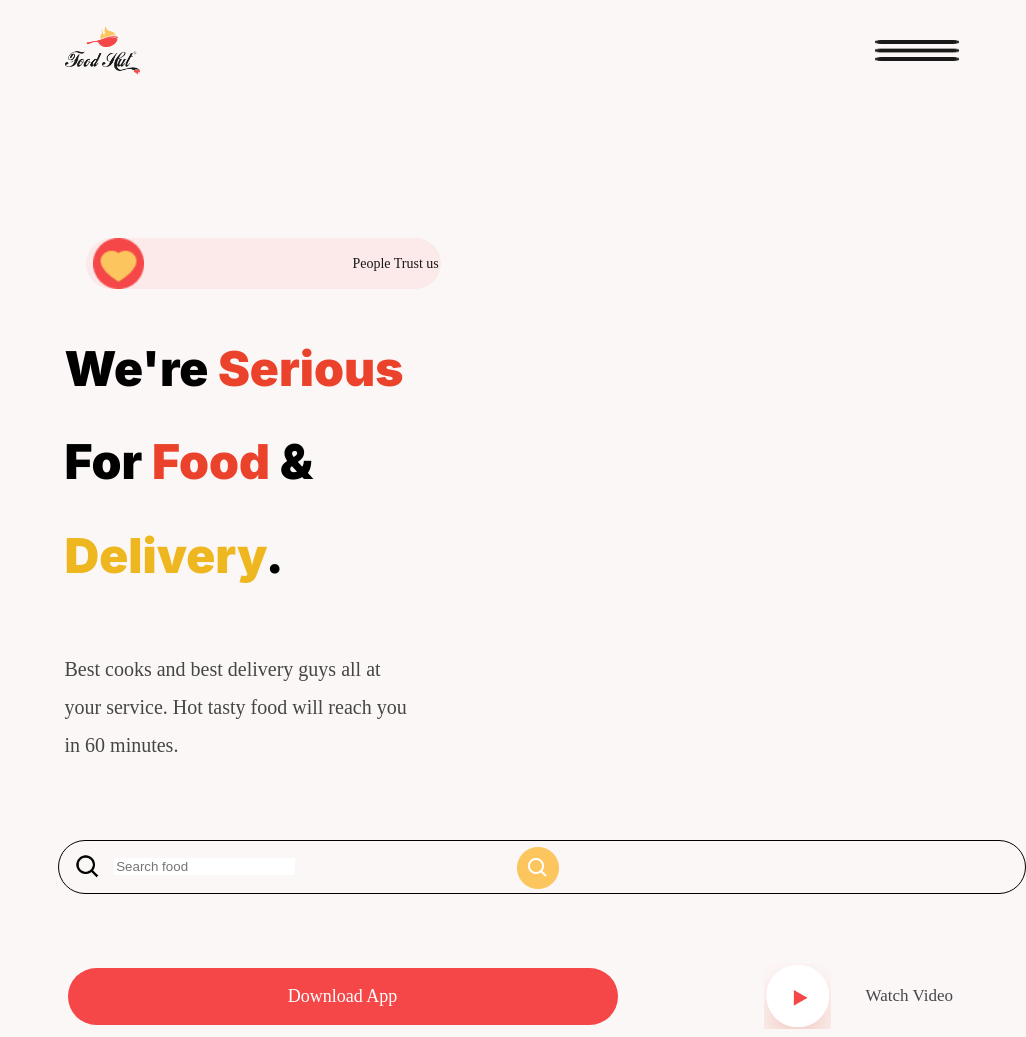
Repository: ReyhanehRahmani/Food-Hut
Page: FoodHut.html
An editor plug-in stored every save of this project. The page is shown before and after the next save, followed by the edit.
The browser window is 1024 px wide. The page is 1026 px wide, so the pictures cover 1026 px, including what lies to the right of the window. The pictures show the whole page.
Some web fonts or font styles are not loaded; a fallback is used.

Above is the page before, as saved 2025-05-29 00:15:50.

### FoodHut.html
<!DOCTYPE html>

<html lang="en">

    <head>

    <meta name="viewport" content="width=device-width, initial-scale=1.0" />

        <title>Food Hut</title>

        <link rel="icon" type="image/jpg" href="favicon.png">

        <link rel="preconnect" href="https://fonts.googleapis.com">

        <link rel="stylesheet" href="FoodHut.css">

        <link rel="preconnect" href="https://fonts.googleapis.com">

        <link rel="preconnect" href="https://fonts.gstatic.com" crossorigin>

        <link href="https://fonts.googleapis.com/css2?family=Inter:ital,opsz,wght@0,14..32,100..900;1,14..32,100..900&display=swap" rel="stylesheet">

        <link rel="preconnect" href="https://fonts.googleapis.com">

        <link rel="preconnect" href="https://fonts.gstatic.com" crossorigin>

        <link href="https://fonts.googleapis.com/css2?family=Sofia+Sans:ital,wght@0,1..1000;1,1..1000&display=swap" rel="stylesheet">

    </head>

    <body>

        <div id="part1">

        <div class="headh">
            <img src="favicon.png" alt="Food Hut logo" class="FoodHutLogo">

            <div class="navlaptop">
                    <p class="mm">Today special offers</p>
                    <p class="mm">Why FoodHut</p>
                    <p class="mm">Our Menu</p>
                    <p class="mm">Our Popular food</p>

            </div>
            <div class="downloadbt"><p>Download App</p></div>
            <img src="slider.png" id="slider">
        </div>



        <div class="maincontainer">
            <div class="container1">

                <div id="HeartBox">
                    <img id="Heart" src="ghalb.png" style="margin-left: 3px;" >
                    <p id="trust">People Trust us</p>
                </div>

                <p id="BigBox1">
                    We're <spsn style="color: rgb(235, 66, 44);">Serious</spsn> <br> For <span style="color: rgb(235, 66, 44);">Food</span> & <br><span style="color: rgb(238, 183, 32);">Delivery</span>.
                </p>
                <p id="BigBox1laptop">
                    We're <spsn style="color: rgb(235, 66, 44);">Serious</spsn>  For <br><span style="color: rgb(235, 66, 44);">Food</span> & <span style="color: rgb(238, 183, 32);">Delivery</span>.
                </p>

                <p id="text1">
                    Best cooks and best delivery guys all at <br>your service. Hot tasty food will reach you<br>in 60 minutes.
                </p>
                <p id="text1laptop">
                    Best cooks and best delivery guys all at your <br>service. Hot tasty food will reach you in 60<br>minutes.
                </p>
                <div class="searchbox">
                    <img src="zarebin2.png" id="zarebin2">
                    <input class="inin" type="text" minlength="3" maxlength="30" placeholder="Search food"></input>
                    <button class="butbut"><img src="zarebin.png" id="zarebin"></button>
                </div>


                <div id="PlayBox">
                    <div id="download"><p>Download App</p></div>
                    <div id="bori1">
                    <img src="playb.png" id="PlayButton">
                    <p id="Watch">Watch Video</p>
                    </div>
                </div>

            </div>
            <img src="pic1.png" id="pic1laptop">

        </div>

    </div>




    </body>

</html>

### FoodHut.css
/*font family - font size - align items like heart*/

@media screen and (max-width: 1279px){



body {
    background-color: #fcf7f7;

}

#part1{
}

.headh{
    display: flex;
    justify-content: space-between;
    height: 6.739130435vh;
    align-items: center;
    margin-top: 2.608695652%;
}


.FoodHutLogo{
    margin-left: 5.607476636%;
    height: 100%;
}

#slider{
    width: 8.411214953%;
    height: 43.548387097%;
    margin-right: 5.607476636%;
}

/*#NavbarSlider{
    margin-top: 41px;
    margin-right: 5.6vw;
    float: right;
    position: fixed;
    border: 2px solid red;
}

.slider{
    width: 36px;
    height: 5px;
    border-radius: 17px;
    display: flex;
    justify-content: space-between;
    flex-direction: column;
    gap: 6px;
    background: rgba(25, 25, 25, 1);
    margin-right: 24px;

}*/



#HeartBox{
    display: flex;
    justify-content: space-between;
    gap: 1.438848921%;
    width: 35.226415094%;
    height: 4.261796043%;
    align-items: center;
    border-radius: 100px;
    white-space: nowrap;
    background-color: #fce9e9;
    margin-top: 16.228070175%;
    margin-left: 7.710280374%;
}

#trust{
    font-weight: 400;
    font-size: 0.875rem;
    line-height: 100%;
    letter-spacing: 0%;
    /*align-items: center;
    justify-content: center;*/
    color: rgba(25, 25, 25, 1);
    margin-right: 2px;

}

#Heart{
    position: static;
    width: 14.288489209%;
    height: 71.428571429%;
    padding-left: 1.168224299%;
    align-self: center;
}

#BigBox1{
    width: 88.785046729%;
    height: 21.058315335%;
    align-content: center;
    margin-top: 3.225806452%;
    margin-left: 5.607476636%;
    font-weight: 900;
    font-size: 3rem;
    line-height: 195%;
    letter-spacing: 0%;
    font-family: "Inter";
}

/*#Box1Paragragh{
    font-weight: 900;
    font-size: 48px;
    line-height: 195%;
    letter-spacing: 0%;
}*/

#text1{
    width: 88.551401869%;
    height: 8.804347826%;
    margin-top: 4.347826087%;
    margin-left: 5.607476636%;
    opacity: 0.8;
    font-family: "Sofia Sans";
    font-weight: 400;
    font-size: 1.25rem;
    line-height: 190%;
    letter-spacing: -1%;
    color: #191919;
    white-space: nowrap;

}

#text1laptop{
    display: none;
}

.searchbox{
    border: solid;
    display: flex;
    border-width: 0.5px;
    border-radius: 100px;
    align-items: center;
    height: 8.709677419%;
    margin-top: 4.35483871;
    width: 95.785046729%;
    margin-left: 4.979253112%;
    margin-top: 7.476635514%;

}

.searchbox .inin{
    border: 0px;
    margin-left: 12px;

}

.searchbox .butbut{
    border: 0px;
    background-color: rgba(127, 255, 212, 0);
    margin-left: 22.324840764%;
}

#zarebin{
    height: 42px;
    padding-top: 5px;

}

#zarebin2{
    width: 28px;
    height: 28px;
    margin-left: 15px;

}

#PlayBox{
    display: flex;
    height: 5.652173913%;
    margin-top: 6.838709677%;
    justify-content: space-between;
    gap: 8.244680851%;
    align-items: center;
    width: 87.85046729%;
    margin-left: 5.907476636%;

}

#download{
    width: 65.085106383%;
    border-radius: 100px;
    background-color: #F54748;
    font-family: "Sofia Sans";
    text-align: center;
    margin-top: 1px;
    color: #FFFFFF;
    font-weight: 900px;
    font-size: 18px;
    letter-spacing: 0px;
    text-transform: capitalize;

}

#bori1{
    display: flex;
    margin-left: 8.244680851%;
    height: 100%;
    justify-content: space-between;
    gap: 11.475409836%;
    align-items: center;
}

#Watch{
    font-family: "Sofia Sans";
    font-weight: 300;
    font-size: 17px;
    line-height: 100%;
    letter-spacing: 0%;
    color: #44464b;
    white-space: nowrap;

}

#PlayButton{
    height: 100%;
    width: 35.415300546%;

}

.navlaptop{
    display: none;
}

.downloadbt{
    display: none;
}

#BigBox1laptop{
    display: none;
}

#pic1laptop{
    display: none;
}

}


@media screen and (min-width: 1280px){

body{
    position: relative;
}

.headh{
    display: flex;
    position: relative;
    align-items: center;
    margin-top: 2.46343341%;
}

.headh .FoodHutLogo{
    width: 8.402777778%;
    height: 6.004618938%;
    margin-left: 5.46875%;

}

.navlaptop {
    display: flex;
    gap: 7.575757576%;
    align-items: center;
    margin-left: 20.75%;

}

.navlaptop .mm{
    font-family: "Sofia Sans";
    font-weight: 400;
    font-size: 1.125rem;
    line-height: 100%;
    letter-spacing: 0px;
    text-transform: capitalize;
    color: #191919;
    white-space: nowrap;
}

.downloadbt{
    position: absolute;
    width: 11.25%;
    line-height: 100%;
    height: 57.692307692%;
    border-radius: 100px;
    background-color: #F54748;
    font-family: "Sofia Sans";
    text-align: center;
    margin-top: 1px;
    color: #FFFFFF;
    font-weight: 400;
    font-size: 18px;
    letter-spacing: 0px;
    text-transform: capitalize;
    margin-left: 84.513888889%;


}

.maincontainer{
    display: flex;
    justify-content: space-between;


}

.container1{
    margin-left: 4.861111111%;
    display: block;
    align-content: center;

}

#HeartBox{
    display: flex;
    justify-content: space-between;
    width: 28.226415094%;
    height: 4.261796043%;
    align-items: center;
    border-radius: 100px;
    white-space: nowrap;
    background-color: #fce9e9;
}

#trust{
    margin-right: 2px;
}

#BigBox1laptop{
    font-family: "Inter";
    font-weight: 900;
    font-size: 3.625rem;
    line-height: 100%;
    letter-spacing: 0%;
    margin-top: 3.04414003%;

}

#BigBox1{
    display: none;
}

#Heart{
    height: 20px;
    width: 20px;
}

#trust{
    font-family: Inter;
    font-weight: 400;
    font-size: 0.875rem;
    line-height: 100%;
    letter-spacing: 0%;

}

#text1{
    font-family: "Sofia Sans";
    font-weight: 400;
    font-size: 1.5rem;
    line-height: 100%;
    letter-spacing: -1%;
    opacity: 0.8;
    margin-top: 3.877419355%;
    color: #191919;

}


.searchbox{
    border: solid;
    display: flex;
    border-width: 0.5px;
    border-radius: 100px;
    align-items: center;
    height: 8.709677419%;
    margin-top: 4.35483871;

}

.searchbox .inin{
    border: 0px;
    margin-left: 12px;

}

.searchbox .butbut{
    border: 0px;
    background-color: rgba(127, 255, 212, 0);
    margin-left: 41.324840764%;
}

#zarebin{
    height: 42px;
    padding-top: 5px;

}

#zarebin2{
    width: 28px;
    height: 28px;
    margin-left: 15px;

}

#pic1laptop{
    width: 47.847222222%;
    height: auto;
}

#PlayBox{
    display: flex;
    height: 8.387096774%;
    margin-top: 4.838709677%;
    align-items: center;
}

#download{
    width: 33.085106383%;
    height: 86.538461538%;
    border-radius: 100px;
    background-color: #F54748;
    font-family: "Sofia Sans";
    text-align: center;
    margin-top: 1px;
    color: #FFFFFF;
    font-weight: 400;
    font-size: 18px;
    line-height: 100%;
    letter-spacing: 0px;
    text-transform: capitalize;


}

#bori1{
    display: flex;
    margin-left: 8.244680851%;
    height: 100%;
    justify-content: space-between;
    gap: 11.475409836%;
}

#Watch{
    font-family: "Sofia Sans";
    font-weight: 300;
    font-size: 17px;
    line-height: 100%;
    letter-spacing: 0%;
    color: #686D77;
    white-space: nowrap;

}

#PlayButton{
    height: 100%;
}
}

After the next save:
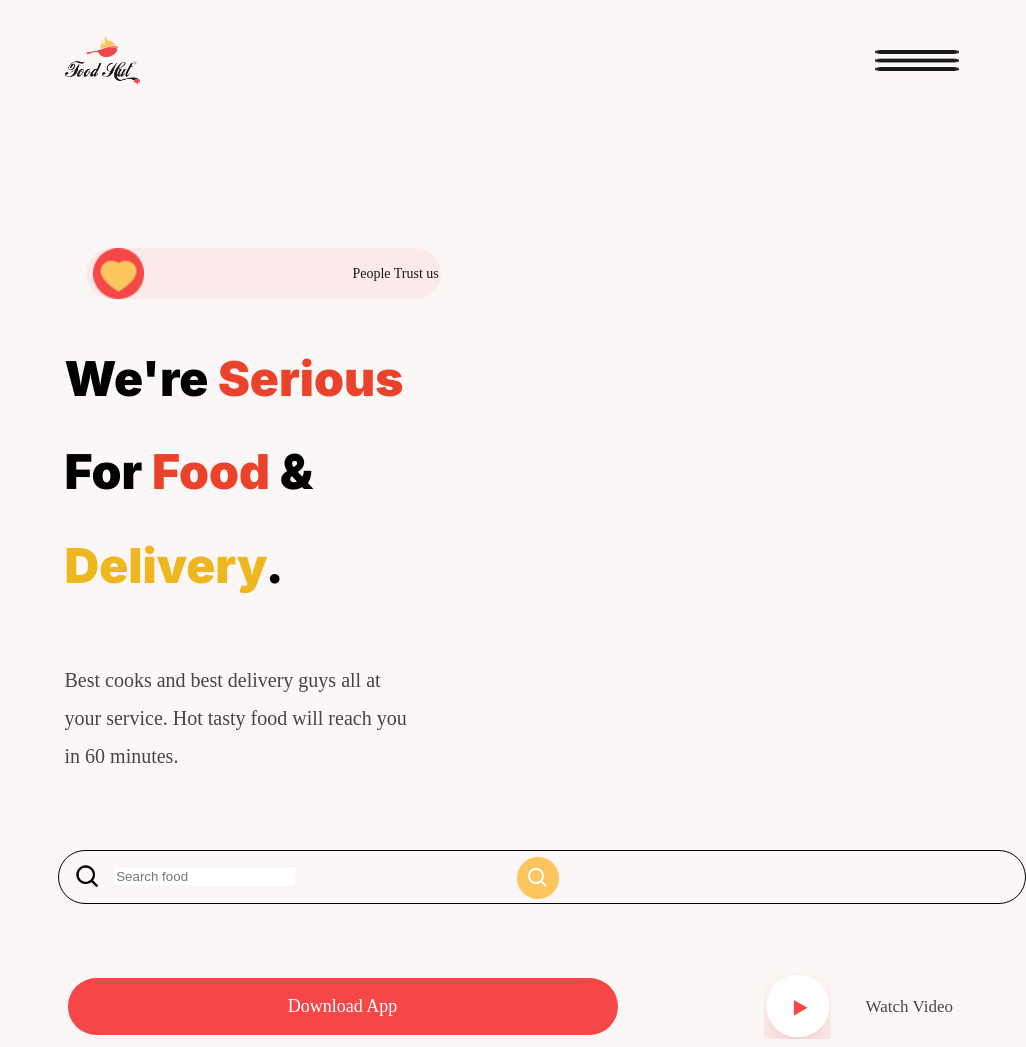
Saved 42 s later.
--- a/FoodHut.css
+++ b/FoodHut.css
@@ -17,7 +17,7 @@ body {
     justify-content: space-between;
     height: 6.739130435vh;
     align-items: center;
-    margin-top: 2.608695652%;
+    margin-top: 3.608695652%;
 }
 
 
